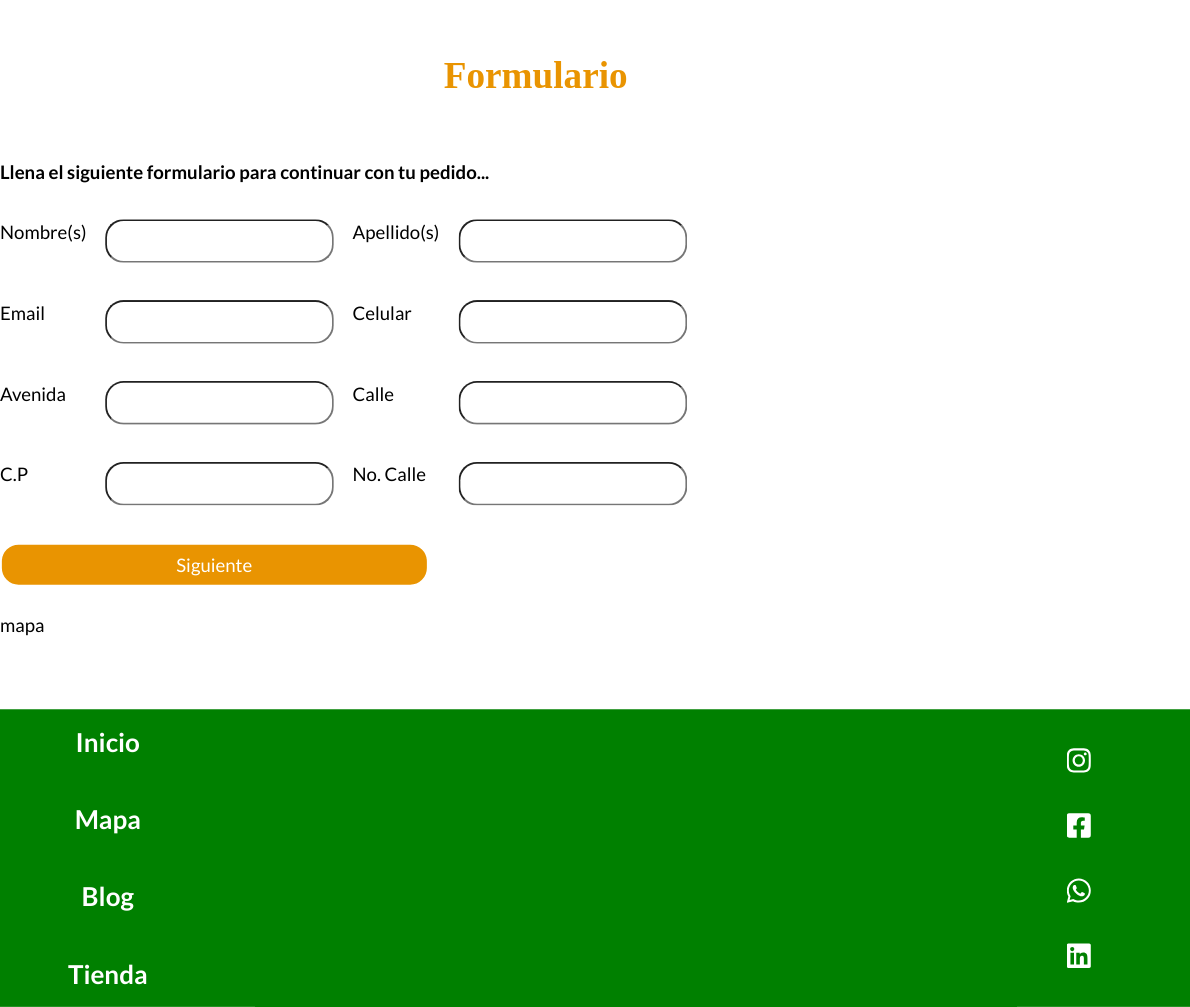
Repository: CarlosCamposRodriguez99/cv-beta-frontend
Page: /mapa
These files come from the project's save history. The page is drawn as it stood at one moment and after the next save; the edit follows.
The browser window is 1280 px wide. The pictures show the part of the page from y = 219 to 1302 px (the page is 1302 px tall), at 93% of full size.
Some web fonts or font styles are not loaded; a fallback is used. The project was rebuilt for these pictures with package versions that can differ from the ones it lists, and the page was loaded fresh each time. The framework's server and built-in components were replaced by stand-ins that run in the browser. Also part of the build but not shown: next.config.js.

Above is the page before, as saved 2022-05-06 18:12:37.

### pages/_app.js
import { useState, useEffect } from 'react';
import '../styles/normalize.css';
import '../styles/globals.css';

function MyApp({ Component, pageProps }) {

  const [carrito, setCarrito] = useState([]);

  useEffect(() => {
    const carritoLS = JSON.parse(localStorage.getItem('carrito')) ?? [];
    setCarrito(carritoLS);

  }, [])

  useEffect(() => {
    localStorage.setItem("carrito", JSON.stringify(carrito));

  }, [carrito])

  const agregarCarrito = (producto) => {
    if(carrito.some((articulo) => articulo.id === producto.id)) {
      const carritoActualizado = carrito.map( articulo => {
        if(articulo.id === producto.id) {
          articulo.cantidad = producto.cantidad
        }
        return articulo;
      });

      setCarrito(carritoActualizado);
    } else {
      setCarrito([...carrito, producto]);
    }
  };

  const actualizarCantidad = (producto) => {
    const carritoActualizado = carrito.map((articulo) => {
      if(articulo.id === producto.id) {
        articulo.cantidad = producto.cantidad
      }
      return articulo;
    });

    setCarrito(carritoActualizado);
  };

  const eliminarProducto = id => {
    const carritoActualizado = carrito.filter( articulo => articulo.id !== id)
    setCarrito(carritoActualizado);
  }


  return <Component {...pageProps}
    carrito={carrito}
    agregarCarrito={agregarCarrito}
    actualizarCantidad={actualizarCantidad}
    eliminarProducto={eliminarProducto}

  />
}

export default MyApp

### pages/mapa.js
import Layout from '../components/Layout';
import styles from '../styles/Mapa.module.css';

const Mapa = () => {
  return (
    <Layout
      pagina='Mapa'
    >
      <div className={styles.head}>
        <h2 className={styles.titulo}>Formulario</h2>
        <p className={styles.descripcion}>Llena el siguiente formulario para continuar con tu pedido...</p>
        <form>
          <div className={styles.contenido}>
            <label
              className="block uppercase text-slate-800 font-bold text-xl"
              htmlFor="nombre"
            >Nombre(s) </label>

              <input
                type="text"
                id="nombre"
                className={styles.borde}
              />

            <label
              className="block uppercase text-slate-800 font-bold text-xl"
              htmlFor="apellido"
            >Apellido(s) </label>

              <input
                type="text"
                id="apellido"
                className={styles.borde}
              />

            <label
              className="block uppercase text-slate-800 font-bold text-xl"
              htmlFor="email"
            >Email </label>

              <input
                type="text"
                id="email"
                className={styles.borde}
              />

            <label
              className="block uppercase text-slate-600 font-bold text-xl"
              htmlFor="celular"
            >Celular </label>

              <input
                type="text"
                id="celular"
                className={styles.borde}
              />

            <label
              className="block uppercase text-slate-600 font-bold text-xl"
              htmlFor="avenida"
            >Avenida</label>

              <input
                type="text"
                id="avenida"
                className={styles.borde}
              />

            <label
              className="block uppercase text-slate-600 font-bold text-xl"
              htmlFor="calle"
            >Calle </label>

              <input
                type="text"
                id="calle"
                className={styles.borde}
              />

            <label
              className="block uppercase text-slate-600 font-bold text-xl"
              htmlFor="codigoPostal"
            >C.P </label>

              <input
                type="text"
                id="codigoPostal"
                className={styles.borde}
              />

            <label
              className="block uppercase text-slate-600 font-bold text-xl"
              htmlFor="numeroCalle"
            >No. Calle </label>

              <input
                type="text"
                id="numeroCalle"
                className={styles.borde}
              />
          </div>
        </form>


        <div className={styles.campo}>
          <input
            value="Siguiente"
            className={styles.boton}
            type="submit"

          />
        </div>
      </div>

      <div className={styles.head}>
        <div className={styles.contenido}>
          <p>mapa</p>
        </div>

      </div>



    </Layout>


  )
}

export default Mapa;


// css-border: en input: "bg-gray-200 w-full lg:w-1/3 mt-3 p-2 rounded-md"

### styles/globals.css
@import url('https://fonts.googleapis.com/css2?family=Lato:ital,wght@0,700;1,400&family=Roboto+Slab:wght@400;700&display=swap');
@import url('https://fonts.googleapis.com/css2?family=Lato:wght@400;700;900&family=Libre+Bodoni:ital,wght@1,600;1,700&display=swap');

:root {
  --primary: #e99401;
  --negro: #262626;
  --verde: #008000;
  --blanco: #FFF;
  --fuente-principal: 'Outfit', sans-serif;
}
html {
  font-size: 62.5%;
  box-sizing: border-box;
}

@media(max-width:1200px) {
  html {
    display: flex;
    flex: 1;
  }
}
/*IPAD*/
@media(max-width:820px) {
  .html {
    display: flex;
  }
}
/*IPHONE 7 8 */
@media(min-width:300px) {
  .html {
    display: flex;
    flex: 1;
  }
}

*, *:before, *:after {
  box-sizing: inherit;
}
body {
  font-size: 2rem;
  font-family: 'Lato', sans-serif;
  line-height: 1.1;
}
img {
  max-width: 100%;
}
h1, h2, h3 {
  font-family: 'Lato', sans-serif;
  font-weight: 700;
}
[class*="contenedor"] {
  max-width: 120rem;
  margin: 0 auto;
  width: 90%;
}


[class*="heading"] {
  font-family: 'Libre Bodoni', serif; /* */
  font-size: 4rem;
  text-align: center;
  font-weight: 900;
  color: var(--primary);
  margin: 5rem 0;
}

### components/Layout.js
import Head from 'next/head'
import Header from './Header';
import Footer from './Footer';

const Layout = ({children, pagina, guitarra}) => {
  return (
    <div>
      <Head>
        <title>Plantas Tienda- {pagina}</title>
        <meta name="description" content="Sitio web de venta de plantas"/>
      </Head>

      <Header
        guitarra={guitarra}
      />

      {children}

      <Footer />

    </div>
  )
}

Layout.defaultProps = {
  guitarra: null
}

export default Layout;

### styles/Mapa.module.css
.titulo {
  font-family: 'Libre Bodoni', serif; /* */
  font-size: 4rem;
  text-align: center;
  font-weight: 900;
  color: var(--primary);
  margin: 5rem 0;
}

.descripcion {
  font-size: 2rem;
  font-weight: 700;
}

@media(min-width: 300px) {
  .descripcion {
    text-align: left;
  }
}

@media(min-width: 1200px) {
  .descripcion {
    text-align: left;
  }
}

.head {
  max-width: 120rem;
  margin: 1rem 0;
  width: 90%;
  display: grid;
}

.campo {
  width: 50%;
}

@media(min-width: 300px) {
  .campo {
    width: 100%;
    justify-content: center;
  }
}

@media(min-width: 1200px) {
  .campo {
    width: 40%;
  }
}

.boton {
  background-color: var(--primary);
  border: 2px solid #FFF;
  width: 100%;
  cursor: pointer;
  color: var(--blanco);
  justify-content: center;
  margin-top: 4rem;
  padding: 1rem;
  border-radius: 2rem;
  -webkit-border-radius: 2rem;
  -moz-border-radius: 2rem;
  -ms-border-radius: 2rem;
  -o-border-radius: 2rem;
}

.boton:hover {
  background-color: var(--negro);
  color: var(--blanco);
}

.borde {
  background-color: var(--blanco);
  margin-top: 2rem;
  padding: 1rem;
  border-radius: 2rem;
  -webkit-border-radius: 2rem;
  -moz-border-radius: 2rem;
  -ms-border-radius: 2rem;
  -o-border-radius: 2rem;
}

.contenido {
  display: grid;
  gap: 4rem;
  width: 50%;
}


/*aqui el mapa perro */
.campomapa {
    gap: 4rem;
    display: grid;
    align-items: center;
    width: 100%;
}


@media(min-width: 300px) {
  .contenido {
    gap: 4rem;
    display: grid;
    grid-template-columns: repeat(2, 1fr);
    align-items: center;
  }
}

@media(min-width: 820px) {
  .contenido {
    gap: 2rem;
    display: grid;
    width: 30%;
  }
}

@media(min-width:1200px) {
  .contenido {
    grid-template-columns: repeat(4, 1fr);
    align-items: center;
  }
}

### components/Header.js
import Link from 'next/link'
import Image from 'next/image'
import { useRouter } from 'next/router'
import styles from "../styles/Header.module.css"

const Header = ({guitarra}) => {
  const router = useRouter()
  return (
      <header className={styles.header}>
      <div className="contenedor">
        <div className={styles.barra}>
          <Link href="/">
            <a><Image
              width={100}
              height={100}
              src="/img/logo.png"
              layout='fixed'
              alt="Imagen logo" />
            </a>
          </Link>


          <nav className={styles.navegacion}>
            <Link href="/">Inicio</Link>
            <Link href="/mapa">Mapa</Link>
            <Link href="/blog">Blog</Link>
            <Link href="/tienda">Tienda</Link>
            <Link href="/carrito">
              <a>
                <Image layout="fixed" width={30} height={25} src="/img/carrito.png" alt="Imagen carrito"/>
              </a>
            </Link>
          </nav>
        </div>

        {guitarra && (
          <div className={styles.modelo}>
            <h1>Promoción Especial</h1>
            <p>{guitarra.descripcion}</p>
            <p className={styles.precio}>${guitarra.precio}</p>
            <Link href={`/guitarras/${guitarra.url}`}>
              <a className={styles.enlace}>
                  Ver Producto
              </a>
            </Link>
          </div>
        )}
      </div>

      {router.pathname === '/' && (
        <div className={styles.guitarra}>
          <Image layout='fixed' width={500} height={1200} src='/img/' alt='imagen planta header' />
        </div>
      )}


      </header>
  )
}

export default Header;

### components/Footer.js
import Link from 'next/link'
import styles from '../styles/Footer.module.css'

const Footer = () => {

  const year = new Date().getFullYear();

  return (
    <footer className={styles.footer}>
      <div className={`contenedor ${styles.contenido}`}>
          <nav className={styles.navegacion}>
            <Link href="/">Inicio</Link>
            <Link href="/mapa">Mapa</Link>
            <Link href="/blog">Blog</Link>
            <Link href="/tienda">Tienda</Link>
          </nav>


          <ul className={styles.ul}>
            <li className={styles.list}>
              <a
                className={styles.iconoInsta}
                href="https://www.instagram.com/"
              ></a>
              <a
                className={styles.iconoFace}
                href="https://www.facebook.com/"
              ></a>
              <a
                className={styles.iconoWhats}
                href="https://web.whatsapp.com/"
              ></a>
              <a
                className={styles.iconoLinke}
              ></a>
            </li>
          </ul>

      </div>
    </footer>
  )
}

export default Footer;

### styles/Header.module.css
.header {
  background-image: linear-gradient(to right, rgba(10, 20, 10, 0.7), rgba(10, 10, 10, 0.4)), url(../public/img/background3.jpg);
  background-size: cover;
  background-position: 50%;
  padding: 5rem 0;
  position: relative;
}

/*IPAD*/
@media(max-width:820px) {
  .html {
    flex: 1;
  }
}
/*IPHONE 6,7,8*/
@media(min-width:300px) {
  .html {
    display: flex;
    flex: 1;
  }
}

.barra {
  display: flex;
  flex-direction: column;
  align-items: center;
}
@media(min-width:400px) {
  .barra {
    margin-right: 6rem 3rem;
  }
}
@media(min-width:768px) {
  .barra {
    flex-direction: row;
    justify-content: space-between;
  }
}
.navegacion {
  margin-top: 5rem;
  display: flex;
  gap: 4rem;
  position: relative;
  z-index: 1;
}
@media(min-width:768px) {
  .navegacion {
    margin-top: 0;
  }
}
@media(min-width:300px) {
  .navegacion {
    margin: 4rem 0;
    gap: 1.6rem;
  }
}
.navegacion a {
  color: var(--blanco);
  text-decoration: none;
  font-size: 1.8rem;
  font-weight: 700;
  text-transform: uppercase;
  padding: .5rem;
  transition-property: background-color;
  transition-duration: .8s;
}
.navegacion a:hover {
  background-color: var(--primary);
}
.modelo {
  color: var(--blanco);
  margin-top: 5.2rem;
  text-align: center;
}
@media(min-width:768px) {
  .modelo {
    text-align: left;
    width: 50%;
  }
}

.modelo h1 {
  font-size: 5rem;
  font-weight: 600;
  color: var(--blanco);
  font-family: 'Libre Bodoni', serif;
}

.modelo p:first-of-type {
  display: -webkit-box;
  -webkit-box-orient: vertical;
  -webkit-line-clamp: 3;
  overflow: hidden;
  font-size: 2.2rem;
}
.precio {
  font-size: 6rem;
  color: var(--primary);
  font-weight: 900;
  line-height: 0;
}
.enlace {
  margin-top: 2rem;
  text-decoration: none;
  text-align: center;
  text-transform: uppercase;
  font-size: 1.2rem;
  font-weight: 900;
  color: var(--blanco);
  border: 2px solid var(--primary);
  padding: 1rem 5rem;
  transition-property: background-color;
  transition-duration: .5s;
}
.enlace:hover {
  background-color: var(--primary);
  color: var(--blanco);
}
.guitarra {
  display: none;
}
@media(min-width:992px) {
  .guitarra {
    display: block;
    position: absolute;
    right: 0;
    bottom: -10px;
    animation-name: mostrarImagen;
    animation-duration: 1s;
    animation-iteration-count: 2;
    animation-delay: 0s;
    animation-timing-function: ease-in-out;
  }
}

@keyframes mostrarImagen {
  0% {
    opacity: 0;
    transform: translateX(-10rem);
}
  50% {
    opacity: 0;
  }

  100% {
    opacity: 1;
    transform: translateX(0);
  }
}

### styles/Footer.module.css
.footer {
  background-color: var(--verde);
  padding: 2rem 1rem;
  margin-top: 6rem;
  display: flex;
}
@media(min-width:768px) {
  .contenido {
    display: flex;
    justify-content: space-between;
    gap: 4rem;
  }
}

.navegacion {
  display: flex;
  flex-direction: row;
  align-items: center;
}

@media(min-width: 768px) {
  .navegacion {
    flex-direction: row;
    gap: 6rem;
    justify-content: space-between;
  }
}
@media(min-width: 1200px) {
  .navegacion {
    display: flex;
    flex-direction: row;
    gap: 4rem;
  }
}
@media(min-width:640px) {
  .navegacion {
    flex-direction: column;
    gap: 2rem;
  }
}
@media(min-width:300px) {
  .navegacion {
    flex-direction: column;
    gap: 4rem;
  }
}
.navegacion a {
  text-decoration: none;
  font-size: 2.8rem;
  color: var(--blanco);
  font-weight: 700;
}

.navegacion a:hover {
  color: var(--primary);
}

.copyright {
  display: flex;
  flex-direction: row;
  align-items: center;
  color: var(--blanco);
  text-align: center;
  font-size: 2.5rem;
  font-weight: 500;
}
@media(min-width:1200px) {
  .copyright {
    flex-direction: column;
    align-items: center;
    text-align: center;
    font-size: 1em;
    font-weight: 100;
  }
}
@media(min-width:640px) {
  .copyright {
    flex-direction: column;
    align-items: center;
    text-align: center;
    font-size: 1em;
    font-weight: 100;
  }
}
.list {
  display: flex;
  gap: 4rem;
  flex-direction: column;
  align-items: center;
}
@media(min-width:1200px) {
  .list {
    flex-direction: column;
  }
}

.iconoInsta {
  background-image: url("../public/img/instagram-brands.svg");
  padding: 3rem;
  cursor: pointer;
  padding-bottom: 0;
  background-repeat: no-repeat;
}
.iconoFace {
  background-image: url("../public/img/facebook-square-brands.svg");
  padding: 3rem;
  cursor: pointer;
  padding-bottom: 0;
  background-repeat: no-repeat;
}
.iconoWhats {
  background-image: url("../public/img/whatsapp-brands.svg");
  padding: 3rem;
  cursor: pointer;
  padding-bottom: 0;
  background-repeat: no-repeat;
}
.iconoLinke {
  background-image: url("../public/img/linkedin-brands.svg");
  padding: 3rem;
  cursor: pointer;
  padding-bottom: 0;
  background-repeat: no-repeat;
}

Loaded but not shown: styles/normalize.css (library)

After the next save:
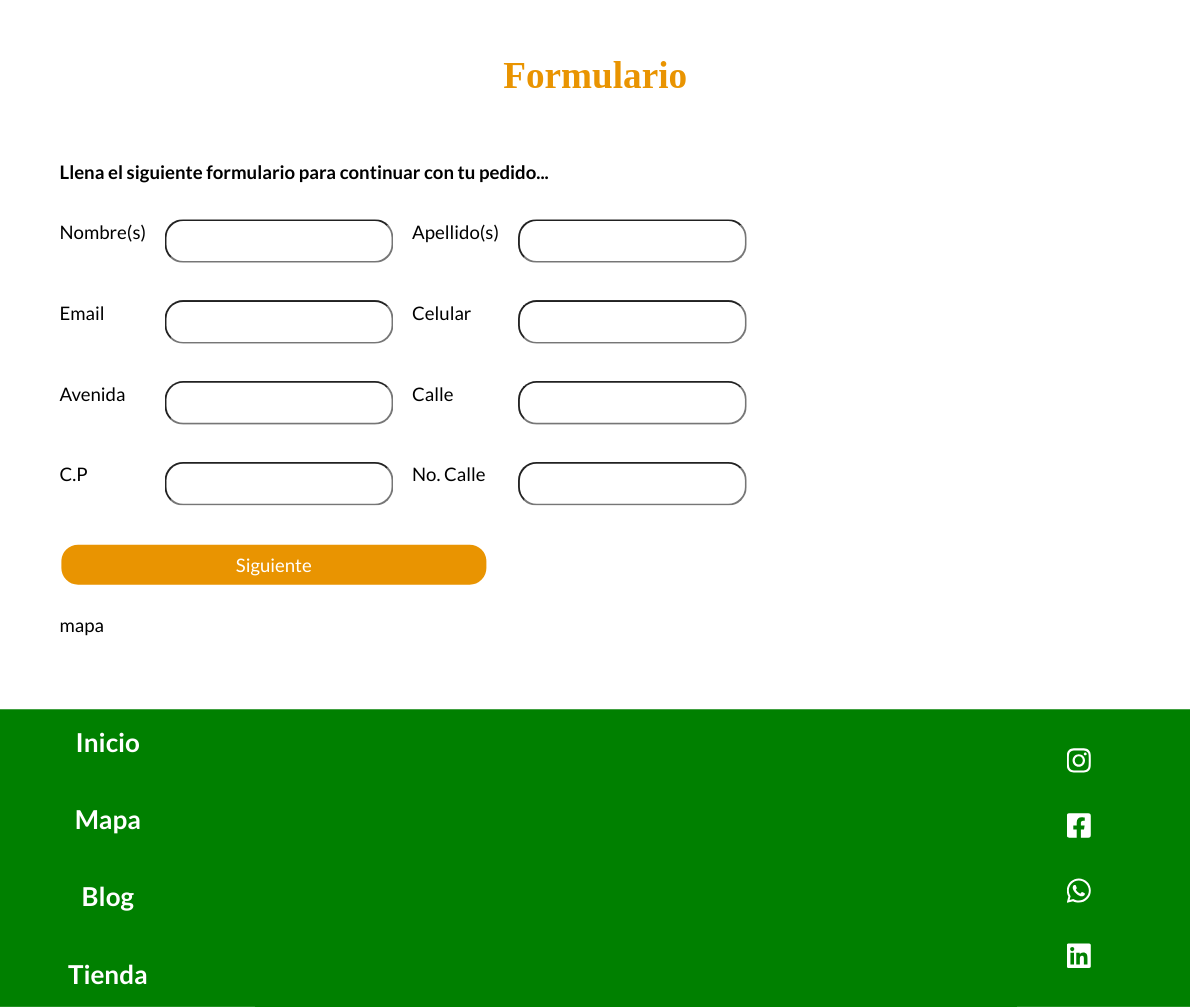
Saved 11 s later.
--- a/styles/Mapa.module.css
+++ b/styles/Mapa.module.css
@@ -26,7 +26,7 @@
 
 .head {
   max-width: 120rem;
-  margin: 1rem 0;
+  margin: 1rem auto;
   width: 90%;
   display: grid;
 }
